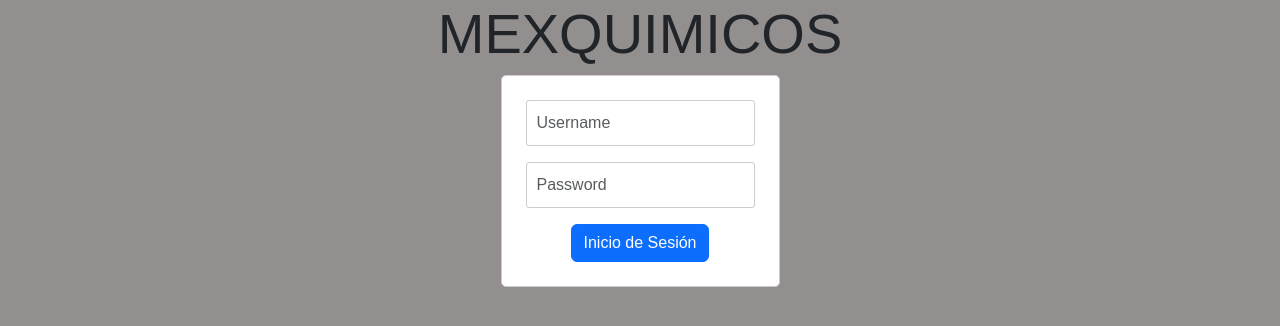
Repository: iDiv3r/MexiQuimicosIsay
Page: Index.html
The author's editor kept a copy of each file at every save. The page is drawn from the files as they stood at one save, then again after the next save.
The browser window is 1280 px wide. The pictures show the whole page.

Above is the page before, as saved 2023-11-25 00:16:45.

After the next save:
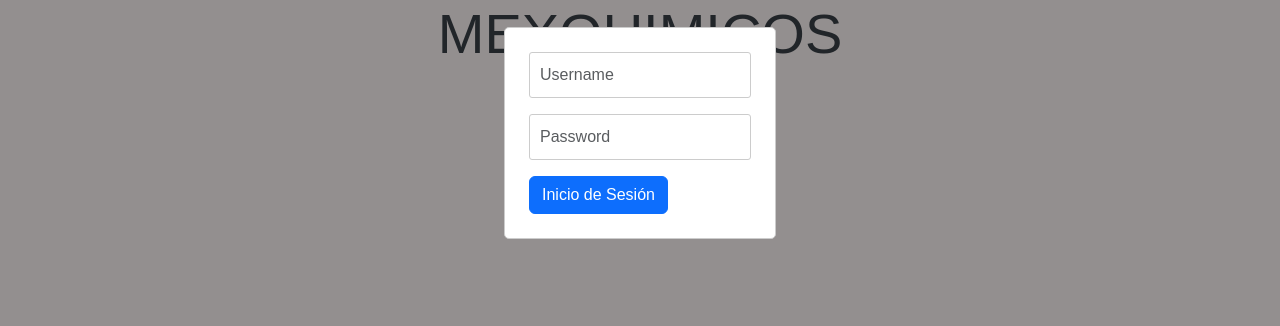
Saved 20 s later.
--- a/Index.html
+++ b/Index.html
@@ -51,7 +51,7 @@
 <body>
   <h1 class="display-4 text-align-absolute text-dark">MEXQUIMICOS</h1>
 
-  <div class="container text-center justify-content-md-center ">
+  <div class="row mx-0 row-cols-4 row-cols-md-4 g-5  justify-content-md-center ">
     <div class="row justify-content-md-center">
       <div class="col-md-auto fixed">
   <form class="p-4">
